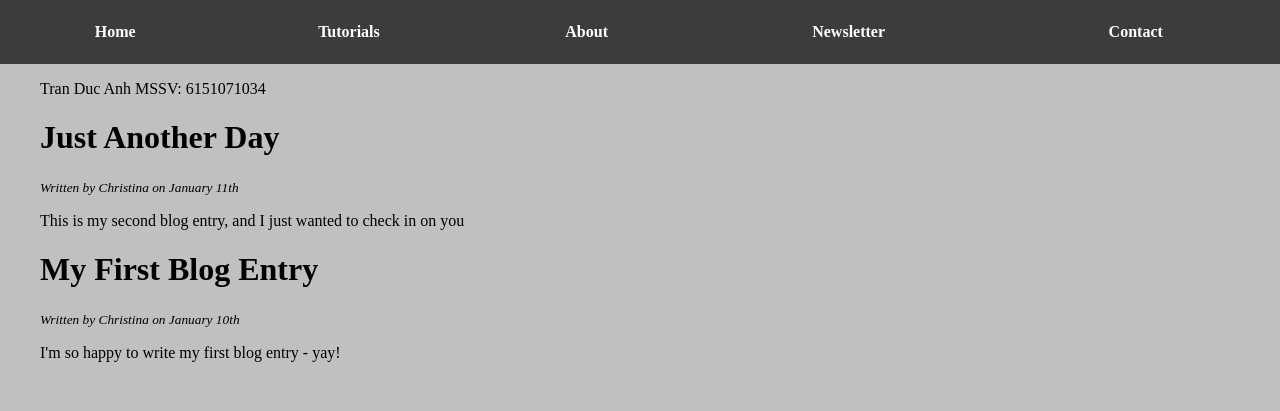
Repository: Helianthusss/Learn-CPP
Page: HTML/bai3.html
An editor plug-in stored every save of this project. The page is shown before and after the next save, followed by the edit.
The browser window is 1280 px wide. The pictures show the whole page.

Above is the page before, as saved 2021-09-15 13:26:01.

After the next save:
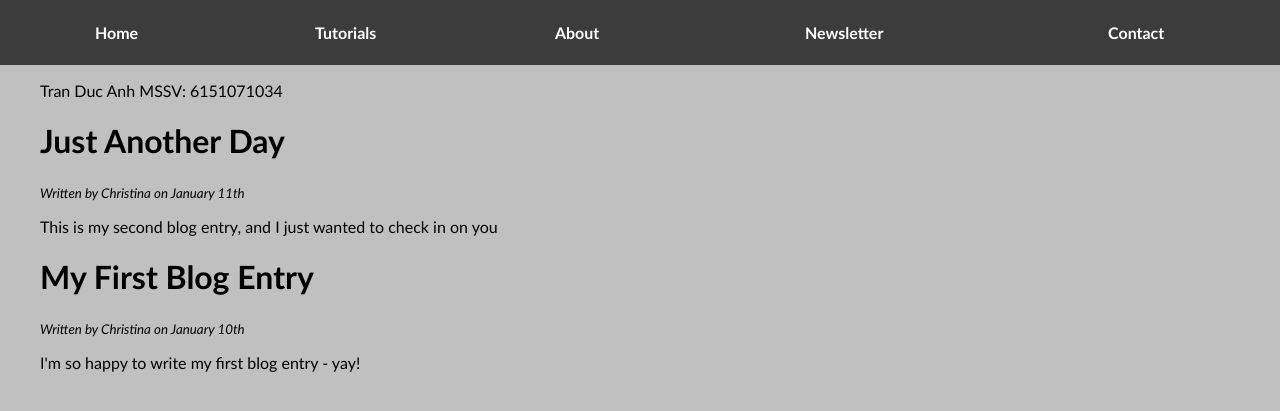
Saved 39 s later.
--- a/HTML/bai3.html
+++ b/HTML/bai3.html
@@ -10,13 +10,13 @@
         background-color:rgb(60, 60, 60);
         color:white;
         padding: 20px;
-        font-family: 'Times New Roman', Times, serif;
+        font-family: 'calibri', Times, serif;
        }
      body{
         background-color: silver;
         padding:0px;
         margin:0px;
-        font-family: 'Times New Roman', Times, serif;
+        font-family: 'calibri', Times, serif;
      }
     </style>
 </head>

After the save that followed:
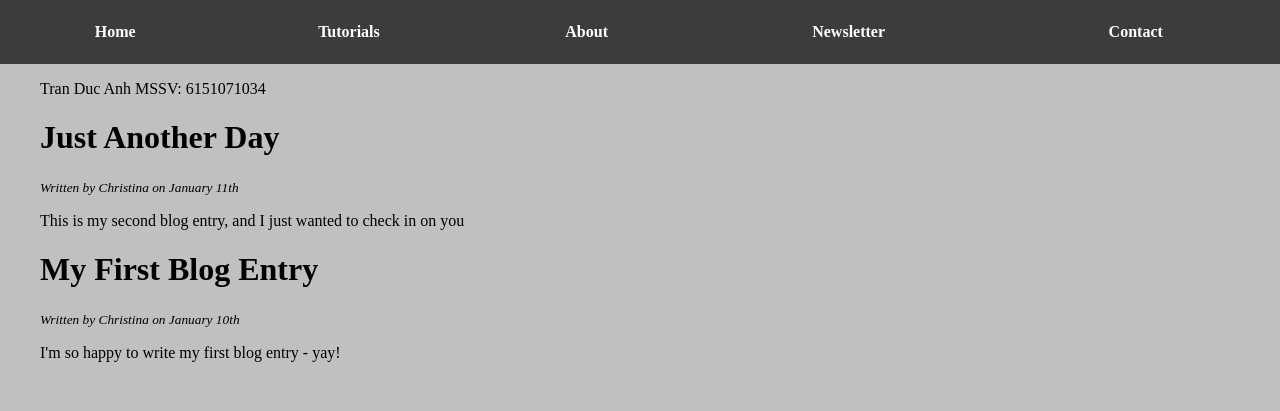
Saved 61 s later.
--- a/HTML/bai3.html
+++ b/HTML/bai3.html
@@ -10,13 +10,13 @@
         background-color:rgb(60, 60, 60);
         color:white;
         padding: 20px;
-        font-family: 'calibri', Times, serif;
+        font-family: 'Times New Roman', Times, serif;
        }
      body{
         background-color: silver;
         padding:0px;
         margin:0px;
-        font-family: 'calibri', Times, serif;
+        font-family: 'Times New Roman', Times, serif;
      }
     </style>
 </head>
